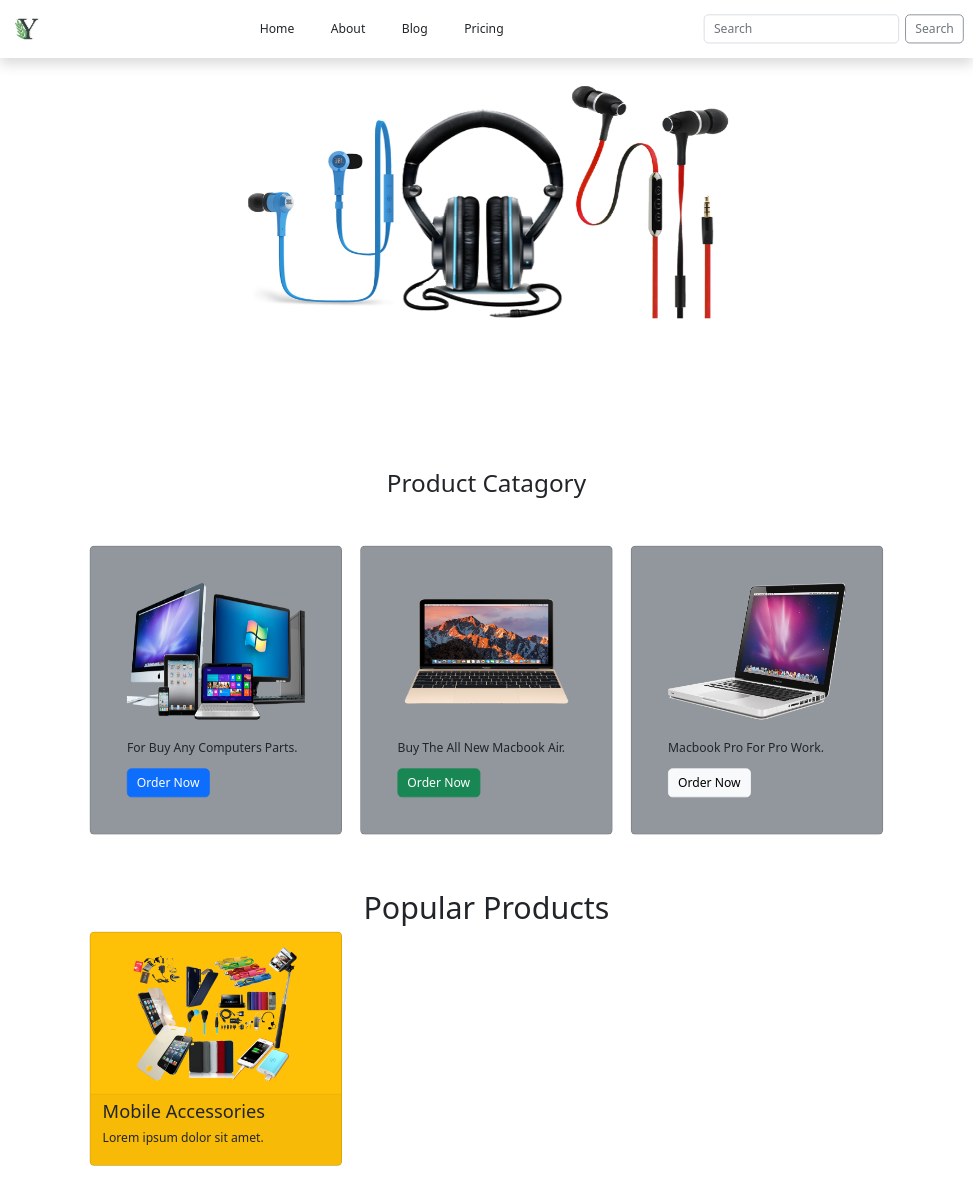
Repository: Mafuzurrahmanoli/E-Commerce-Website
Page: index.html
These files come from the project's save history. The page is drawn as it stood at one moment and after the next save; the edit follows.
The browser window is 1280 px wide. The pictures show the whole page, at 76% of full size.

Above is the page before, as saved 2023-09-16 12:06:40.

After the next save:
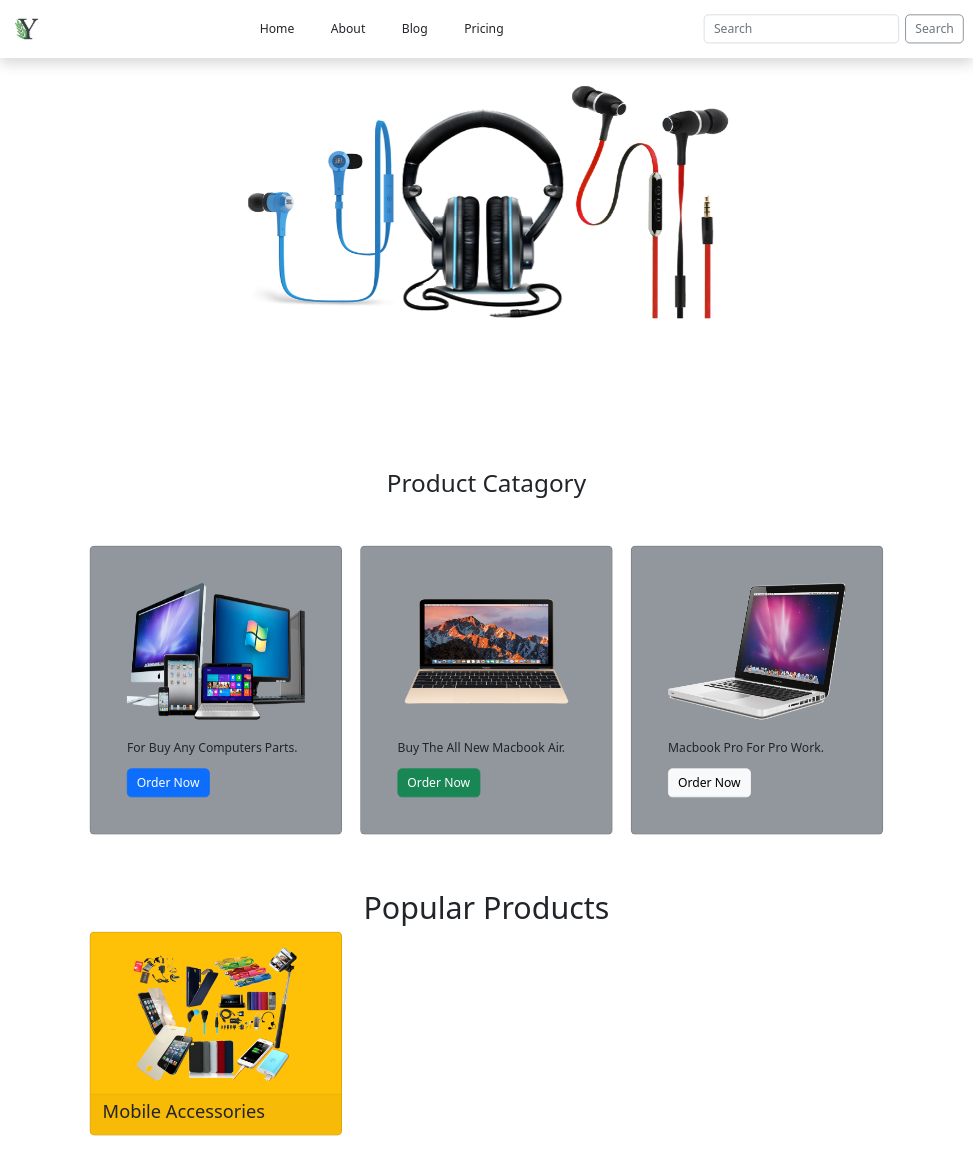
Saved 9 s later.
--- a/index.html
+++ b/index.html
@@ -135,7 +135,7 @@
             </div>
             <div class="card-footer">
               <h4 class="text-capitalize">Mobile accessories</h4>
-              <p>Lorem ipsum dolor sit amet.</p>
+              <span></span>
             </div>
           </div>
         </div>
